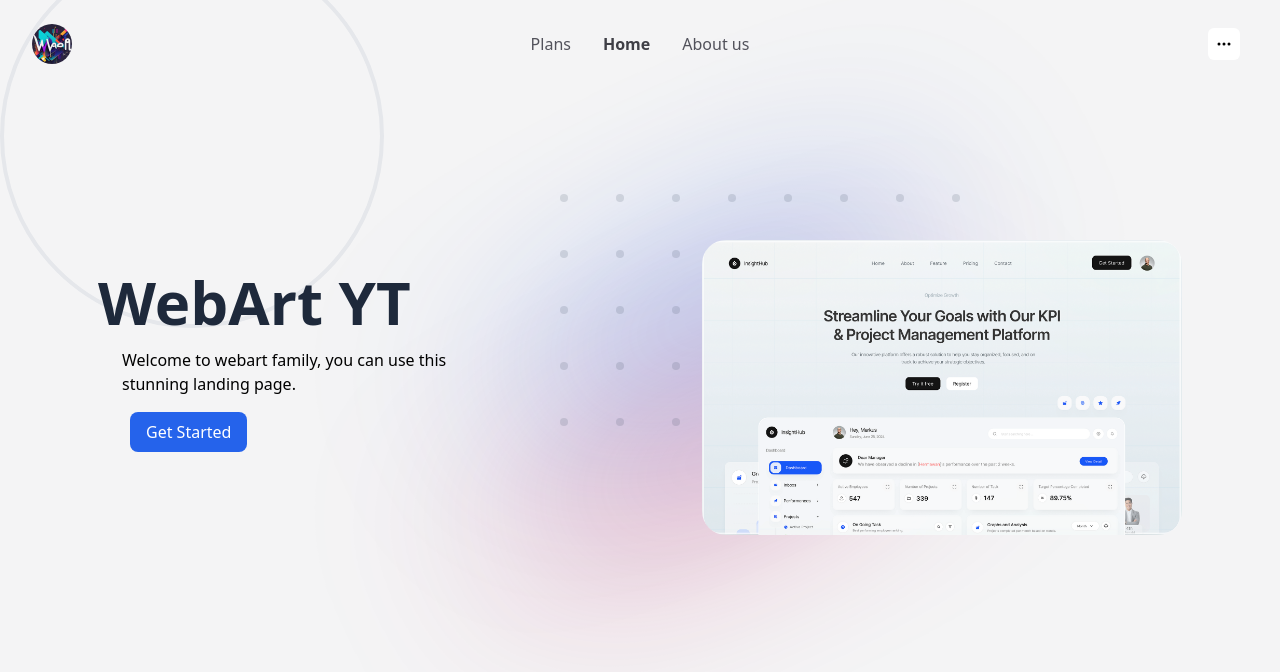
Repository: 30namp/youtube-web-art-code
Page: stunning landing page 1/index.html
These files come from the project's save history. The page is drawn as it stood at one moment and after the next save; the edit follows.
The browser window is 1280 px wide. The pictures show the whole page.

Above is the page before, as saved 2024-09-26 21:24:20.

### stunning landing page 1/index.html
<!DOCTYPE html>
<html lang="en">
  <head>
    <meta charset="UTF-8" />
    <meta name="viewport" content="width=device-width, initial-scale=1.0" />
    <title>WebArt Design</title>
    <script src="./tailwindcss.min.js"></script>
  </head>
  <body class="min-h-screen bg-zinc-100">
    <div
      class="absolute right-[25%] top-[60%] h-12 w-[30rem] rounded-[100%] rotate-[-25deg] bg-pink-700 blur-[6rem]"
    ></div>
    <div
      class="absolute right-[25%] top-[40%] h-12 w-[30rem] rounded-[100%] rotate-[-25deg] bg-blue-700 blur-[6rem]"
    ></div>
    <div
      class="grid grid-cols-8 gap-12 absolute right-[25%] top-[27%] animate-pulse"
    >
      <div class="rounded-full bg-slate-700/30 size-2 shadow-lg"></div>
      <div class="rounded-full bg-slate-700/30 size-2 shadow-lg"></div>
      <div class="rounded-full bg-slate-700/30 size-2 shadow-lg"></div>
      <div class="rounded-full bg-slate-700/30 size-2 shadow-lg"></div>
      <div class="rounded-full bg-slate-700/30 size-2 shadow-lg"></div>
      <div class="rounded-full bg-slate-700/30 size-2 shadow-lg"></div>
      <div class="rounded-full bg-slate-700/30 size-2 shadow-lg"></div>
      <div class="rounded-full bg-slate-700/30 size-2 shadow-lg"></div>
      <div class="rounded-full bg-slate-700/30 size-2 shadow-lg"></div>
      <div class="rounded-full bg-slate-700/30 size-2 shadow-lg"></div>
      <div class="rounded-full bg-slate-700/30 size-2 shadow-lg"></div>
      <div class="rounded-full bg-slate-700/30 size-2 shadow-lg"></div>
      <div class="rounded-full bg-slate-700/30 size-2 shadow-lg"></div>
      <div class="rounded-full bg-slate-700/30 size-2 shadow-lg"></div>
      <div class="rounded-full bg-slate-700/30 size-2 shadow-lg"></div>
      <div class="rounded-full bg-slate-700/30 size-2 shadow-lg"></div>
      <div class="rounded-full bg-slate-700/30 size-2 shadow-lg"></div>
      <div class="rounded-full bg-slate-700/30 size-2 shadow-lg"></div>
      <div class="rounded-full bg-slate-700/30 size-2 shadow-lg"></div>
      <div class="rounded-full bg-slate-700/30 size-2 shadow-lg"></div>
      <div class="rounded-full bg-slate-700/30 size-2 shadow-lg"></div>
      <div class="rounded-full bg-slate-700/30 size-2 shadow-lg"></div>
      <div class="rounded-full bg-slate-700/30 size-2 shadow-lg"></div>
      <div class="rounded-full bg-slate-700/30 size-2 shadow-lg"></div>
      <div class="rounded-full bg-slate-700/30 size-2 shadow-lg"></div>
      <div class="rounded-full bg-slate-700/30 size-2 shadow-lg"></div>
      <div class="rounded-full bg-slate-700/30 size-2 shadow-lg"></div>
      <div class="rounded-full bg-slate-700/30 size-2 shadow-lg"></div>
      <div class="rounded-full bg-slate-700/30 size-2 shadow-lg"></div>
      <div class="rounded-full bg-slate-700/30 size-2 shadow-lg"></div>
      <div class="rounded-full bg-slate-700/30 size-2 shadow-lg"></div>
      <div class="rounded-full bg-slate-700/30 size-2 shadow-lg"></div>
      <div class="rounded-full bg-slate-700/30 size-2 shadow-lg"></div>
      <div class="rounded-full bg-slate-700/30 size-2 shadow-lg"></div>
      <div class="rounded-full bg-slate-700/30 size-2 shadow-lg"></div>
      <div class="rounded-full bg-slate-700/30 size-2 shadow-lg"></div>
      <div class="rounded-full bg-slate-700/30 size-2 shadow-lg"></div>
      <div class="rounded-full bg-slate-700/30 size-2 shadow-lg"></div>
      <div class="rounded-full bg-slate-700/30 size-2 shadow-lg"></div>
      <div class="rounded-full bg-slate-700/30 size-2 shadow-lg"></div>
    </div>

    <div class="circle size-96 rounded-full border-4 absolute -top-14"></div>

    <!-- navbar -->
    <nav
      class="z-10 absolute top-0 left-0 right-0 flex justify-center items-center py-8 px-8"
    >
      <a href="/" class="absolute left-0 px-8">
        <img class="size-10 rounded-full" src="./assets/img/logo.jpg" alt="" />
      </a>

      <div class="options flex items-center gap-8">
        <a class="text-zinc-600" href="#">Plans</a>
        <a class="text-zinc-700 font-semibold" href="#">Home</a>
        <a class="text-zinc-600" href="#">About us</a>
      </div>

      <button
        class="absolute p-2 bg-white rounded-md right-0 mx-10 hover:scale-105 active:scale-100 transition"
      >
        <svg
          xmlns="http://www.w3.org/2000/svg"
          width="16"
          height="16"
          fill="currentColor"
          class="bi bi-three-dots"
          viewBox="0 0 16 16"
        >
          <path
            d="M3 9.5a1.5 1.5 0 1 1 0-3 1.5 1.5 0 0 1 0 3m5 0a1.5 1.5 0 1 1 0-3 1.5 1.5 0 0 1 0 3m5 0a1.5 1.5 0 1 1 0-3 1.5 1.5 0 0 1 0 3"
          />
        </svg>
      </button>
    </nav>

    <!-- hero section -->
    <div class="hero-section relative pt-60 flex justify-around items-start">
      <div class="content flex flex-col items-start gap-4 pt-8">
        <h1 class="text-6xl font-bold text-slate-800">WebArt YT</h1>
        <p class="description w-96 ml-6">
          Welcome to webart family, you can use this stunning landing page.
        </p>
        <button
          class="ml-8 px-4 py-2 rounded-lg bg-blue-600 text-white hover:scale-105 active:scale-100 transition"
        >
          Get Started
        </button>
      </div>
      <img class="w-[30rem] rounded-3xl" src="./assets/img/img.png" alt="" />
    </div>
  </body>
</html>

Loaded but not shown: stunning landing page 1/tailwindcss.min.js (library)

After the next save:
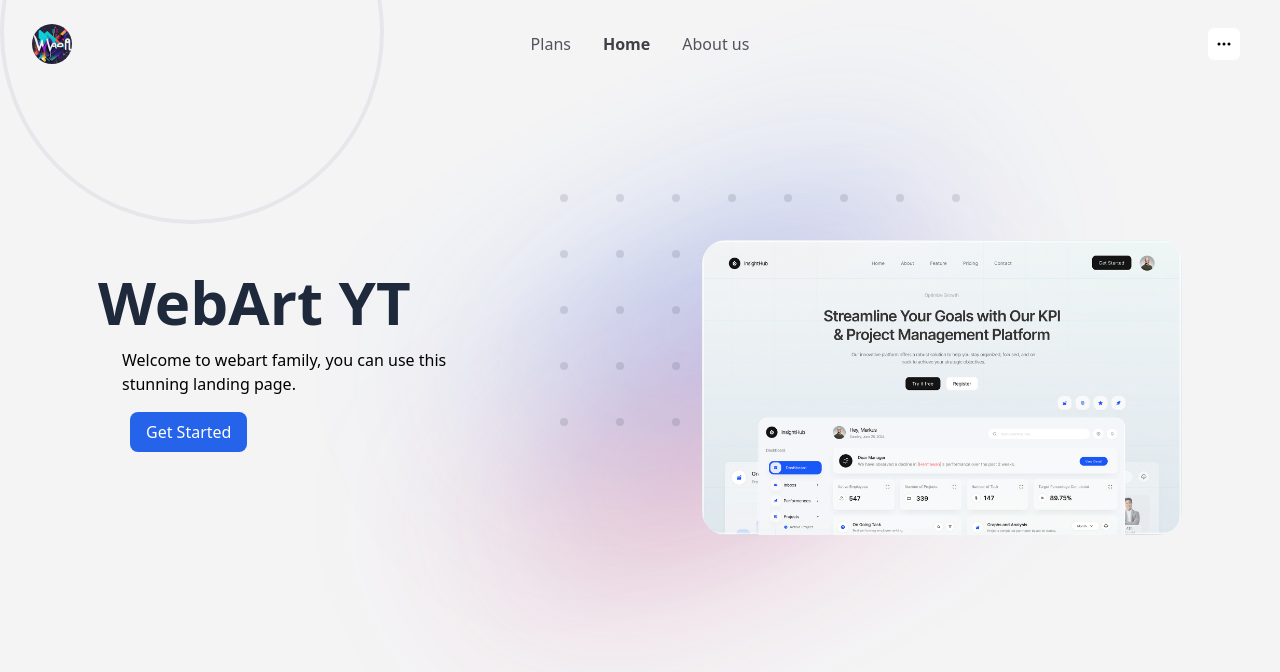
Saved 7 s later.
--- a/stunning landing page 1/index.html
+++ b/stunning landing page 1/index.html
@@ -58,7 +58,7 @@
       <div class="rounded-full bg-slate-700/30 size-2 shadow-lg"></div>
     </div>
 
-    <div class="circle size-96 rounded-full border-4 absolute -top-14"></div>
+    <div class="circle size-96 rounded-full border-4 absolute -top-40"></div>
 
     <!-- navbar -->
     <nav
